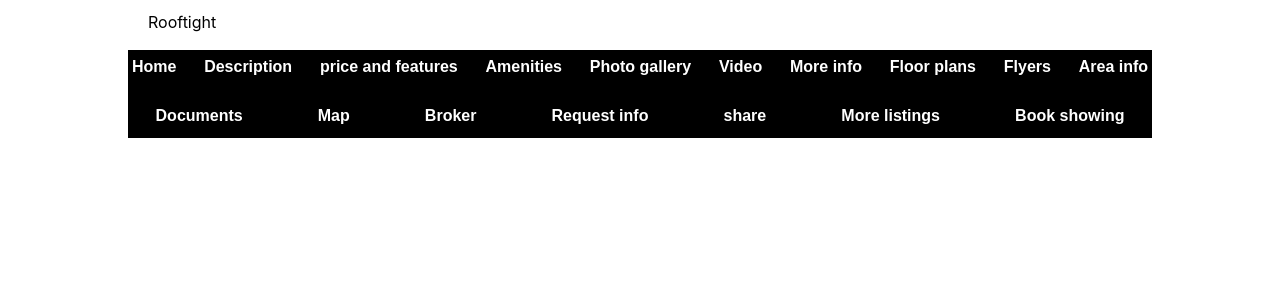
Repository: TMuse333/real-estate-landingpage
Page: /
These files come from the project's save history. The page is drawn as it stood at one moment and after the next save; the edit follows.
The browser window is 1280 px wide. The pictures show the whole page.
The project was rebuilt for these pictures with package versions that can differ from the ones it lists, and the page was loaded fresh each time. Also part of the build but not shown: vite.config.js.

Above is the page before, as saved 2023-09-19 16:53:20.

After the next save:
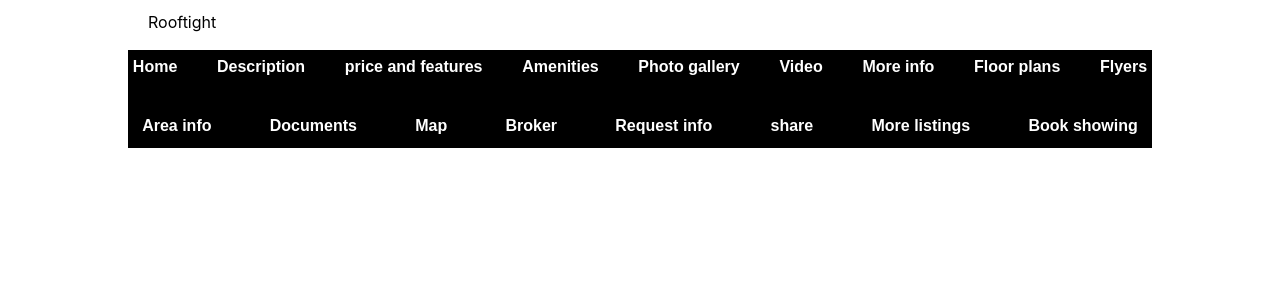
Saved 8 s later.
--- a/src/App.css
+++ b/src/App.css
@@ -102,7 +102,7 @@
     display: flex;
     flex-wrap: wrap; /* Allow items to wrap to the next row */
     justify-content: space-around;
-   gap:20px;
+   gap:30px;
     width: 100%;
   }
 

After the save that followed:
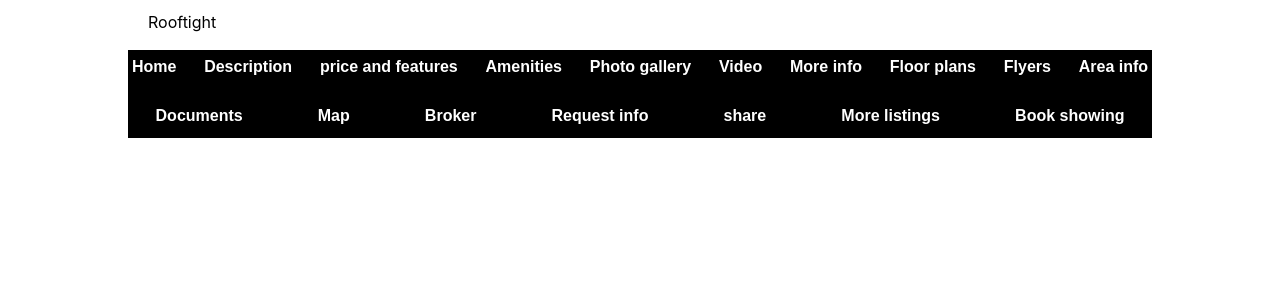
Saved 4 s later.
--- a/src/App.css
+++ b/src/App.css
@@ -102,7 +102,7 @@
     display: flex;
     flex-wrap: wrap; /* Allow items to wrap to the next row */
     justify-content: space-around;
-   gap:30px;
+   gap:20px;
     width: 100%;
   }
 
